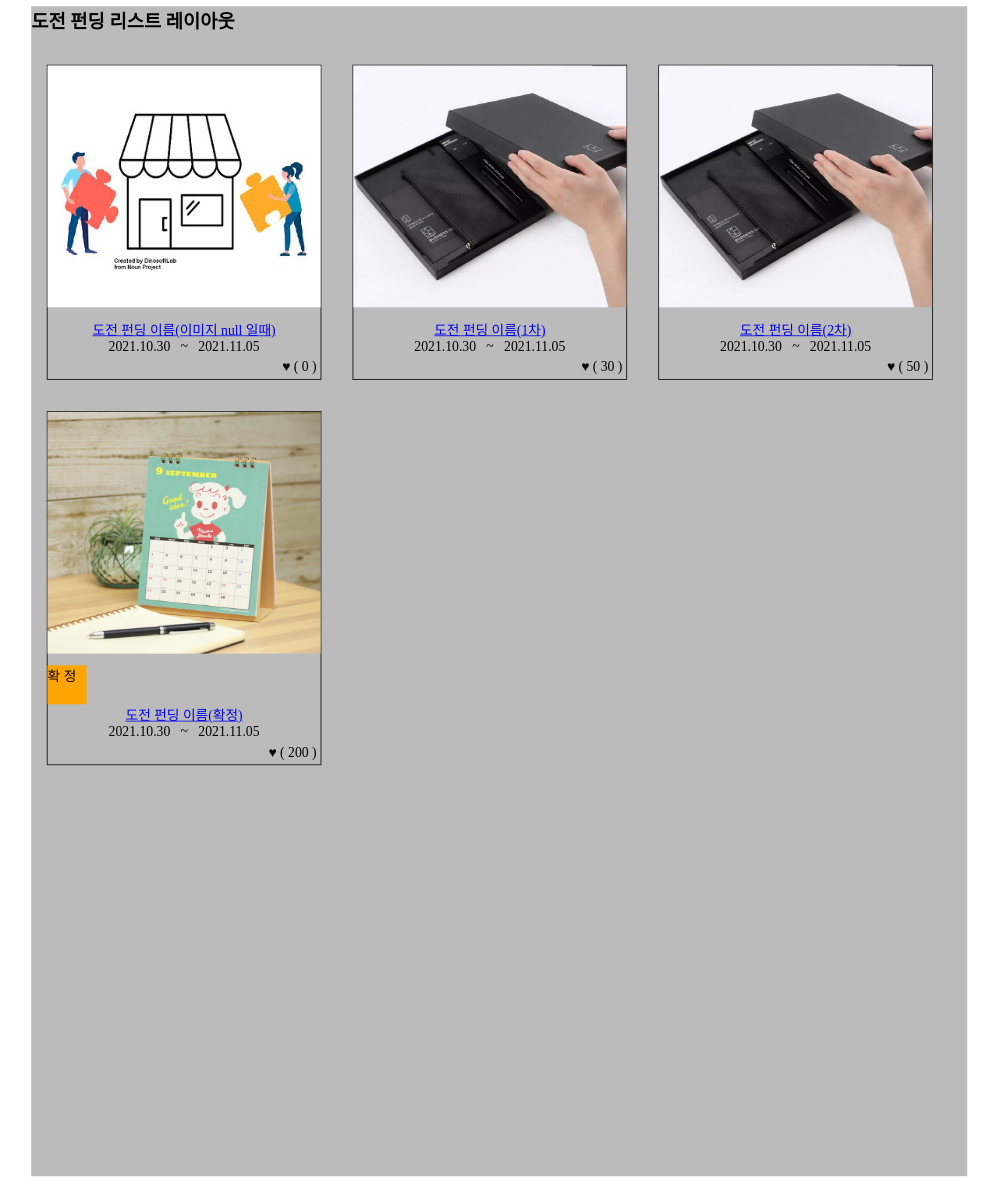
Repository: GroundPark/team6
Page: http://localhost/lefthand/page/product/chal_funding_list.jsp
An editor plug-in stored every save of this project. The page is shown before and after the next save, followed by the edit.
The browser window is 1280 px wide. The pictures show the whole page, at 78% of full size.
The page is served by Tomcat 9. Other server files are loaded and not shown.

Above is the page before, as saved 2021-11-20 17:46:17.

### lefthand/WebContent/page/product/chal_funding_list.jsp
<%@ page language="java" contentType="text/html; charset=UTF-8" pageEncoding="UTF-8"%>


<style>

.chal_funding_contents {
	width:1200px; height:1500px;  margin: 0 auto;
	background-color:#bbbbbb;

}

.chal_funding { margin:20px; border:1px black solid; float:left; font-size:1.1em; }

.chal_period { text-align:center; }

.chal_like { float:right; padding:5px; }

.chal_ok {

	width:50px; height:50px; background-color:orange;
	z-index: 1;
}
</style>


<div class="chal_funding_contents">
<h2>도전 펀딩 리스트 레이아웃</h2>
<div class="chal_funding">
	<a href="#"><img src="../challenge/img/chal_info_default.jpg" style="width:350px; height:310px; padding-bottom:15px;" /></a>
	<div style="text-align:center;"><a href="#">도전 펀딩 이름(이미지 null 일때)</a></div>
	<div class="chal_period"> &nbsp; 2021.10.30 &nbsp; ~ &nbsp; 2021.11.05 &nbsp; </div>
	<div class="chal_like"> ♥ ( 0 ) </div>
</div>

<div class="chal_funding">
	<a href="#"><img src="../challenge/userimg/thum_chal_info_2.jpg" style="width:350px; height:310px; padding-bottom:15px;" /></a>
	<div style="text-align:center;"><a href="#">도전 펀딩 이름(1차)</a></div>
	<div class="chal_period"> &nbsp; 2021.10.30 &nbsp; ~ &nbsp; 2021.11.05 &nbsp; </div>
	<div class="chal_like"> ♥ ( 30 ) </div>
</div>

<div class="chal_funding">
	<a href="#"><img src="../challenge/userimg/thum_chal_info_2.jpg" style="width:350px; height:310px; padding-bottom:15px;" /></a>
	<div style="text-align:center;"><a href="#">도전 펀딩 이름(2차)</a></div>
	<div class="chal_period"> &nbsp; 2021.10.30 &nbsp; ~ &nbsp; 2021.11.05 &nbsp; </div>
	<div class="chal_like"> ♥ ( 50 ) </div>
</div>

<div class="chal_funding">
	<a href="#"><img src="../challenge/userimg/thum_chal_info_1.jpg" style="width:350px; height:310px; padding-bottom:15px;" /></a>
	<div class="chal_ok"> 확 정 </div>
	<div style="text-align:center;"><a href="#">도전 펀딩 이름(확정)</a></div>
	<div class="chal_period"> &nbsp; 2021.10.30 &nbsp; ~ &nbsp; 2021.11.05 &nbsp; </div>
	<div class="chal_like"> ♥ ( 200 ) </div>
</div>



</div>

After the next save:
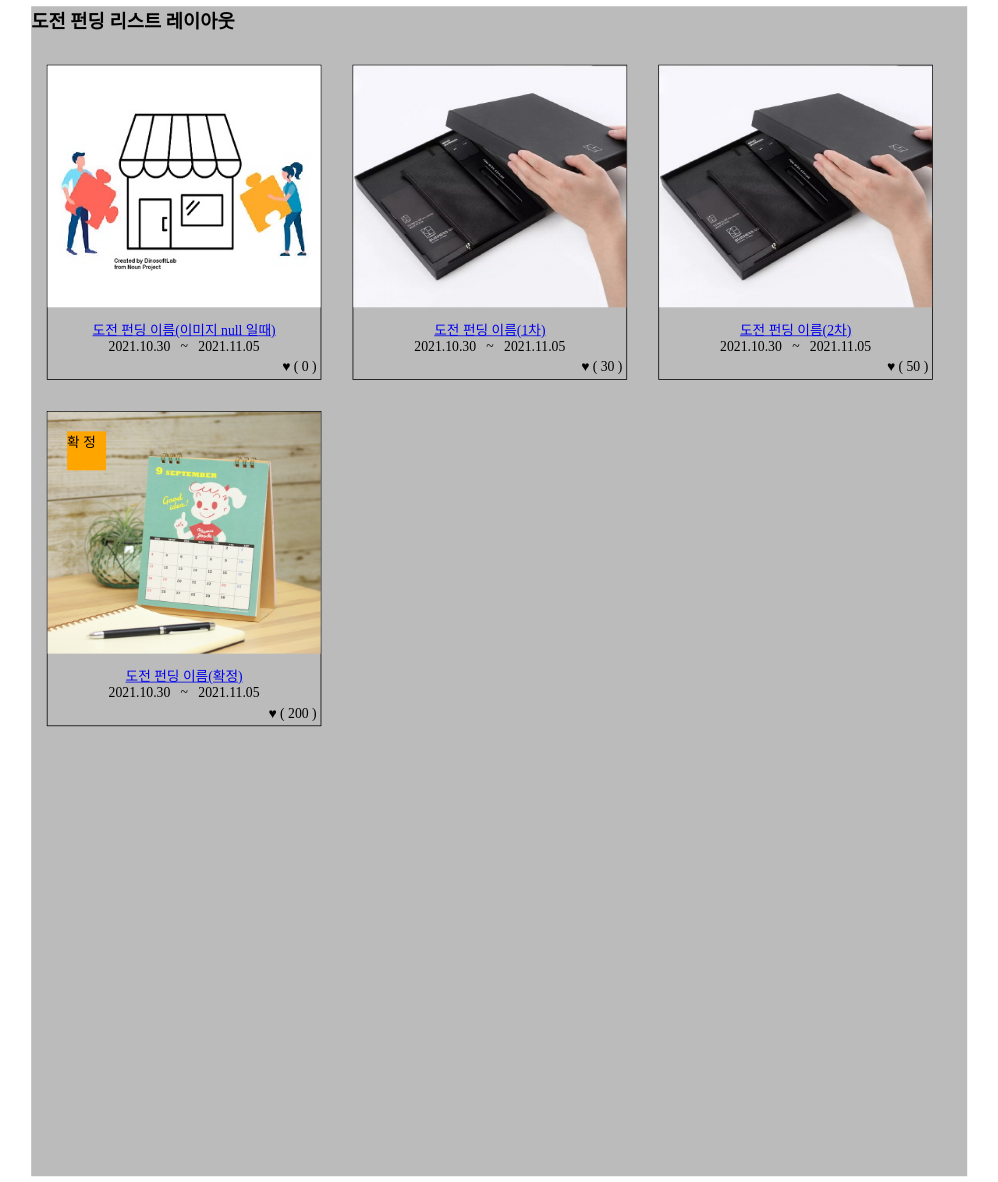
Saved 107 s later.
--- a/lefthand/WebContent/page/product/chal_funding_list.jsp
+++ b/lefthand/WebContent/page/product/chal_funding_list.jsp
@@ -9,14 +9,14 @@
 
 }
 
-.chal_funding { margin:20px; border:1px black solid; float:left; font-size:1.1em; }
+.chal_funding { position:relative; margin:20px; border:1px black solid; float:left; font-size:1.1em; }
 
 .chal_period { text-align:center; }
 
 .chal_like { float:right; padding:5px; }
 
 .chal_ok {
-
+	position:absolute;	top:25px; left:25px;
 	width:50px; height:50px; background-color:orange;
 	z-index: 1;
 }
